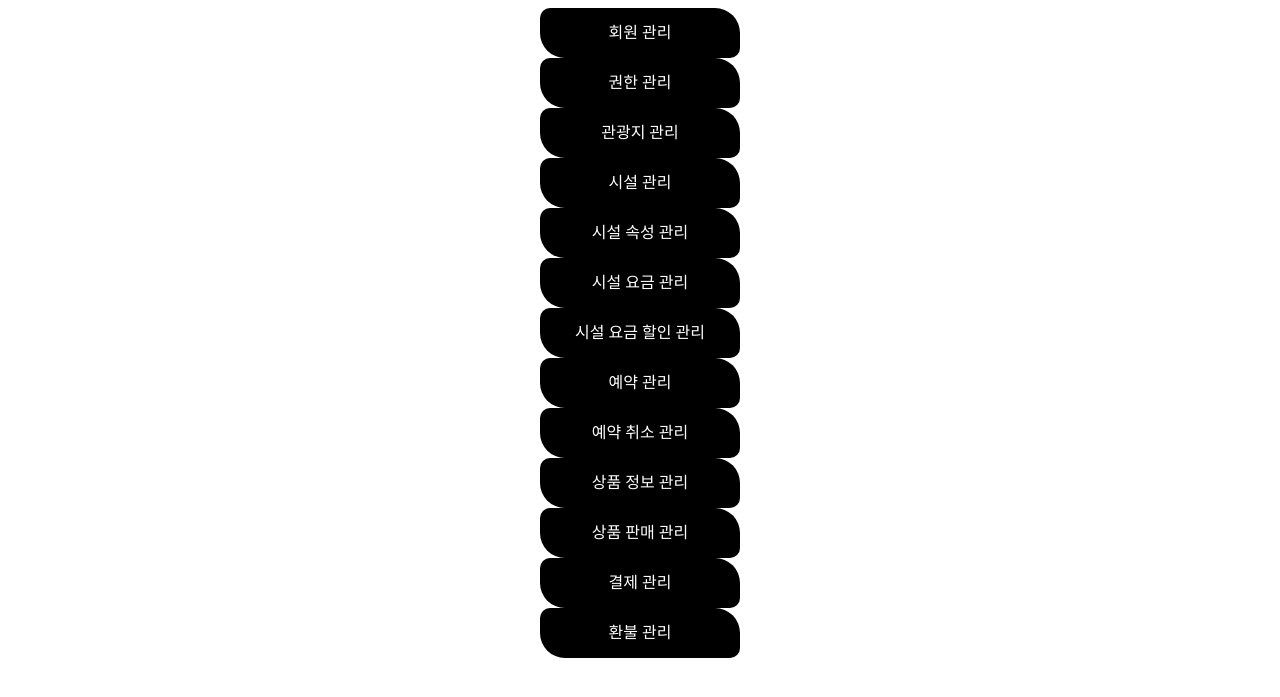
Repository: psyoongsc/SogongDo_Facility
Page: http://localhost/SogongDo_Management_System/
An editor plug-in stored every save of this project. The page is shown before and after the next save, followed by the edit.
The browser window is 1280 px wide. The pictures show the whole page.
The page is served by Tomcat 9. Nobody is signed in. The application's start-up code is not run.

Above is the page before, as saved 2020-06-25 14:40:18.

After the next save:
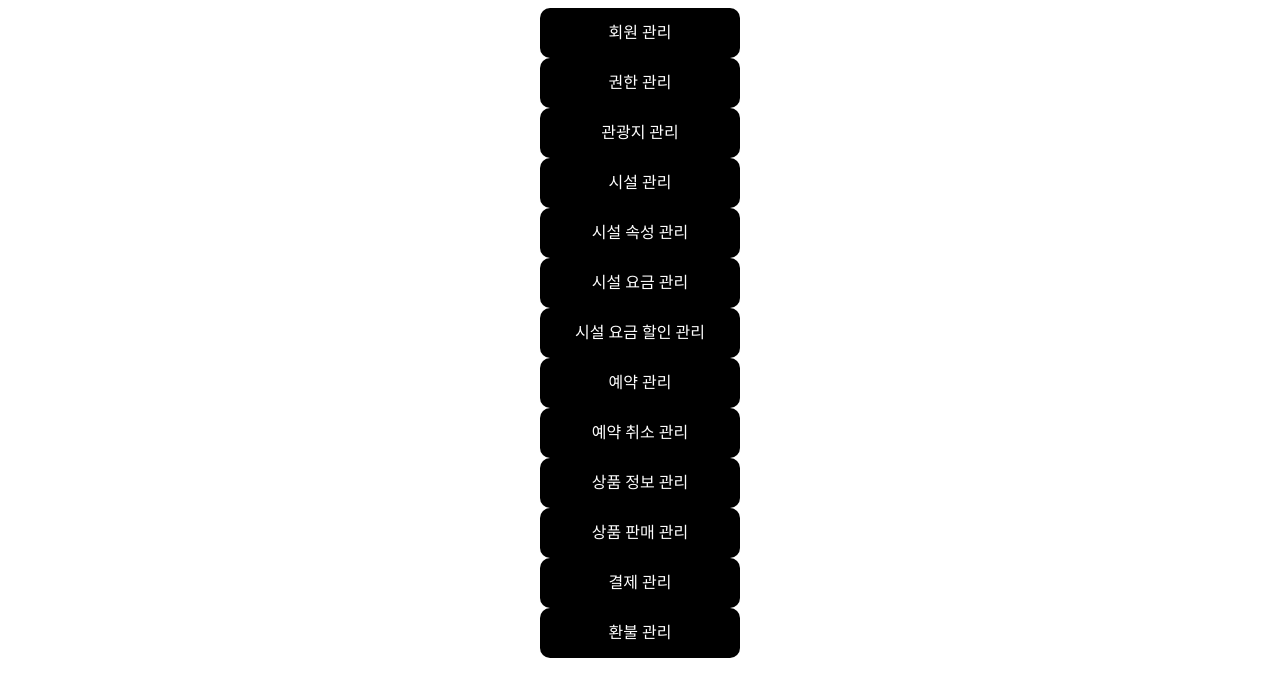
Saved 18 s later.
--- a/SogongDo_Management_System/WebContent/index.jsp
+++ b/SogongDo_Management_System/WebContent/index.jsp
@@ -14,7 +14,7 @@ a {
 	line-height: 50px;
 	font-size: medium;
 	display: inline-block;
-	border-radius: 10px 25px;
+	border-radius: 10px 10px;
 }
 
 a:link {
